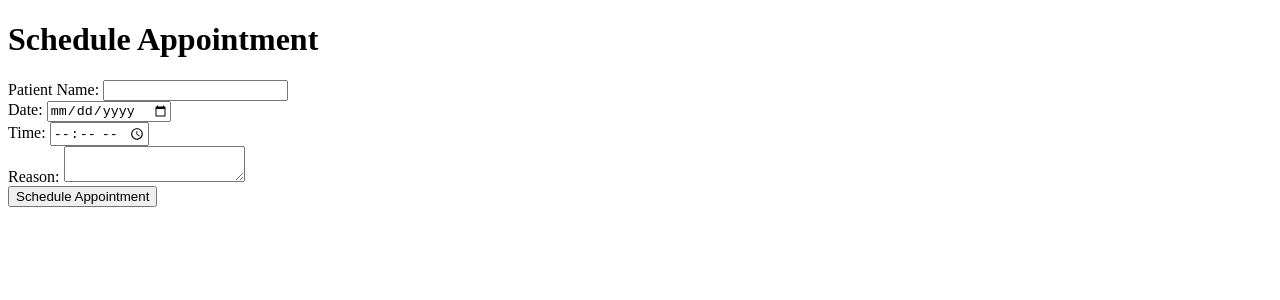
Repository: jaytriggz/Hospital-Management-System
Page: schedule_appointment.html
An editor plug-in stored every save of this project. The page is shown before and after the next save, followed by the edit.
The browser window is 1280 px wide. The pictures show the whole page.

Above is the page before, as saved 2024-07-06 10:25:33.

### schedule_appointment.html
<!DOCTYPE html>
<html lang="en">
<head>
    <meta charset="UTF-8">
    <title>Schedule Appointment</title>
</head>
<body>
    <h1>Schedule Appointment</h1>
    <form id="appointmentForm">
        <label for="patientName">Patient Name:</label>
        <input type="text" id="patientName" name="patientName" required><br>

        <label for="date">Date:</label>
        <input type="date" id="date" name="date" required><br>

        <label for="time">Time:</label>
        <input type="time" id="time" name="time" required><br>

        <label for="reason">Reason:</label>
        <textarea id="reason" name="reason" required></textarea><br>

        <button type="submit">Schedule Appointment</button>
    </form>

    <script>
        document.getElementById('appointmentForm').addEventListener('submit', function(event) {
            event.preventDefault();

            const formData = {
                patientName: document.getElementById('patientName').value,
                date: document.getElementById('date').value,
                time: document.getElementById('time').value,
                reason: document.getElementById('reason').value
            };

            fetch('/appointments', {
                method: 'POST',
                headers: {
                    'Content-Type': 'application/json'
                },
                body: JSON.stringify(formData)
            })
            .then(response => response.text())
            .then(data => {
                alert(data);
            })
            .catch(error => {
                console.error('Error:', error);
            });
        });
    </script>
</body>
</html>

After the next save:
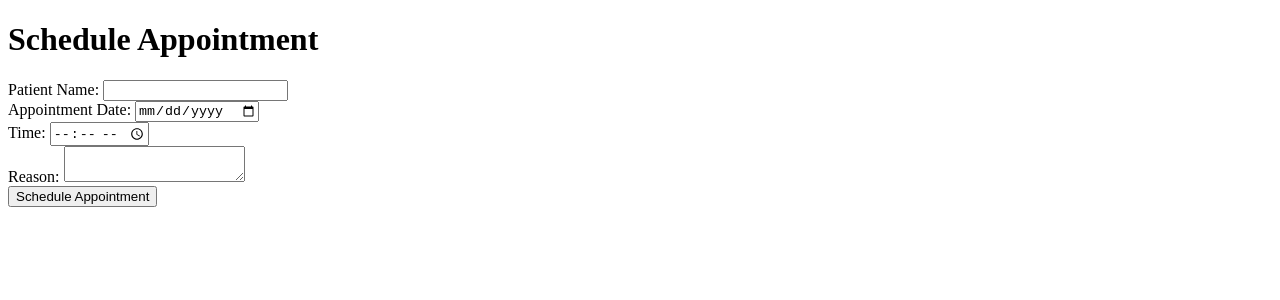
Saved 1 s later.
--- a/schedule_appointment.html
+++ b/schedule_appointment.html
@@ -10,7 +10,7 @@
         <label for="patientName">Patient Name:</label>
         <input type="text" id="patientName" name="patientName" required><br>
 
-        <label for="date">Date:</label>
+        <label for="date">Appointment Date:</label>
         <input type="date" id="date" name="date" required><br>
 
         <label for="time">Time:</label>
